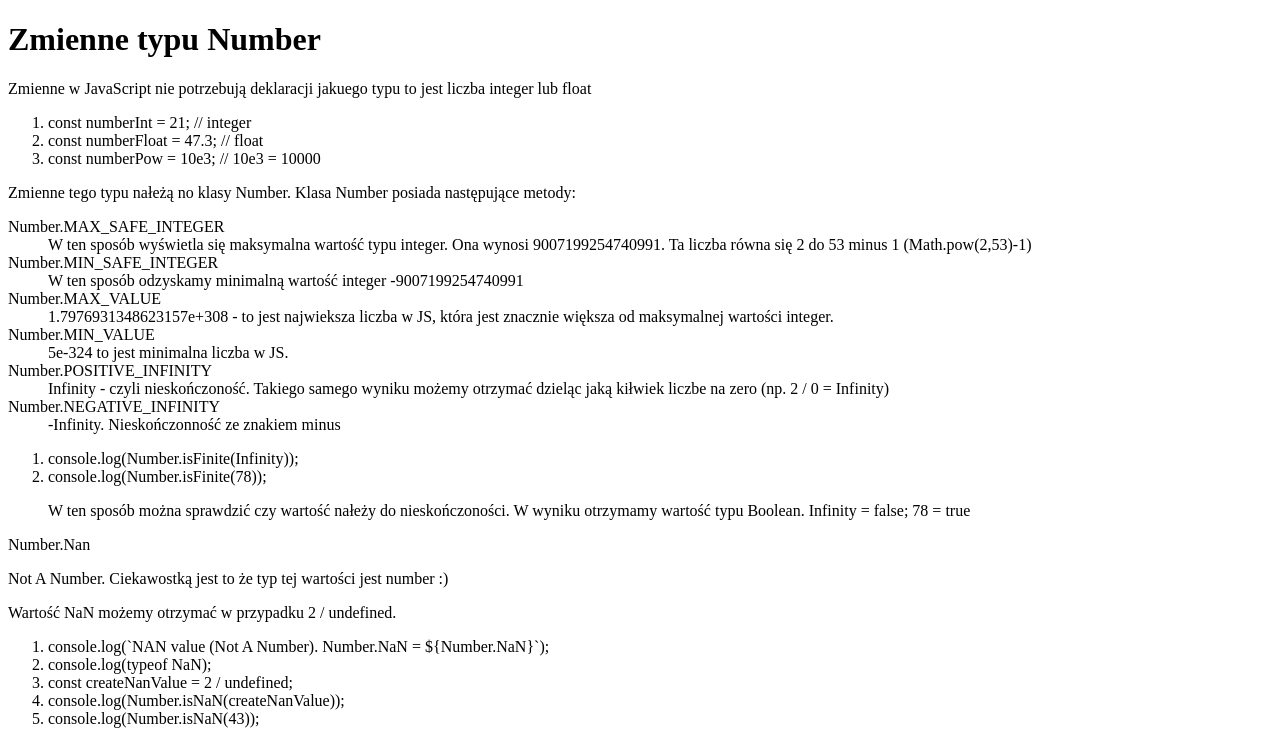
Repository: romanstetsiuk1/JS_learn
Page: number.html
The author's editor kept a copy of each file at every save. The page is drawn from the files as they stood at one save, then again after the next save.
The browser window is 1280 px wide. The pictures show the whole page.

Above is the page before, as saved 2020-08-13 16:12:59.

After the next save:
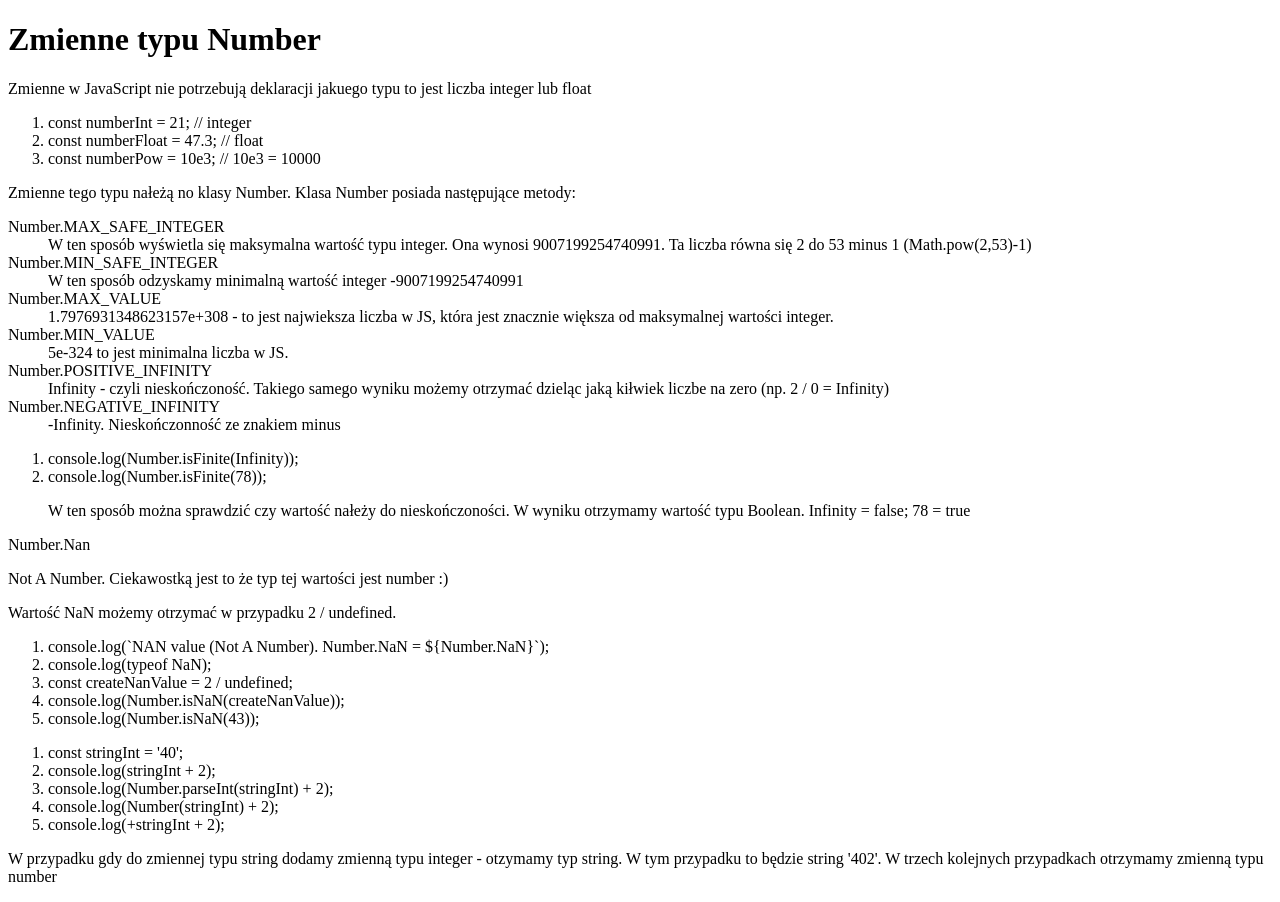
Saved 6 min 45 s later.
--- a/number.html
+++ b/number.html
@@ -77,6 +77,22 @@
       </div>
     </article>
 
+    <article>
+      <div class="vsCode">
+        <ol>
+          <li>const stringInt = '40';</li>
+          <li>console.log(stringInt + 2);</li>
+          <li>console.log(Number.parseInt(stringInt) + 2);</li>
+          <li>console.log(Number(stringInt) + 2);</li>
+          <li>console.log(+stringInt + 2);</li>
+        </ol>
+      </div>
+      <p>W przypadku gdy do zmiennej typu string dodamy zmienną typu integer - otzymamy
+        typ string. W tym przypadku to będzie string '402'. W trzech kolejnych przypadkach
+        otrzymamy zmienną typu number
+      </p>
+    </article>
+
   </main>
 
 </body>
